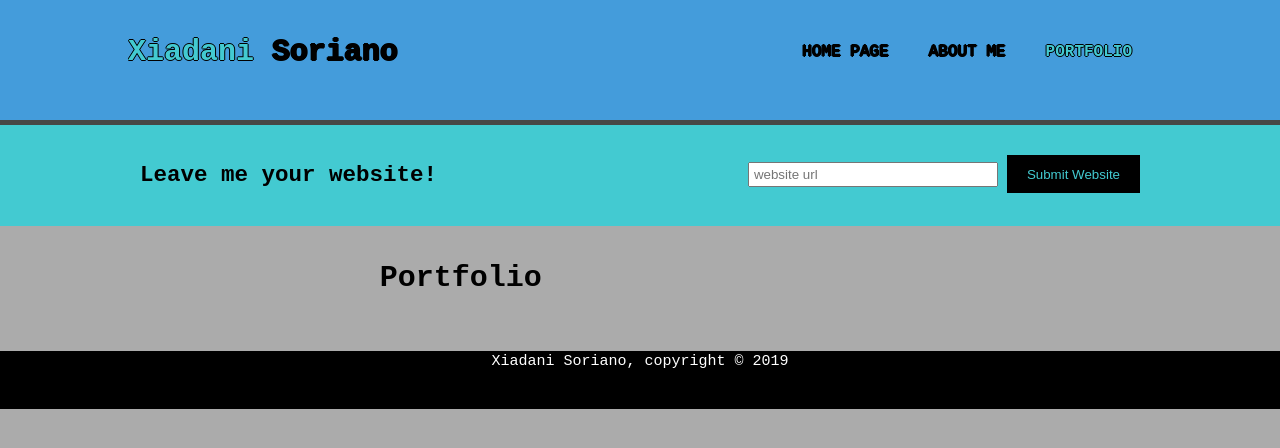
Repository: XiadaniSoriano/XiadaniSoriano2.github
Page: portfolio.html
The author's editor kept a record of every edit. The page is drawn from the files as they stood at one moment, then again after the next edit.
The browser window is 1280 px wide. The pictures show the whole page.

Above is the page before.

After the next edit:
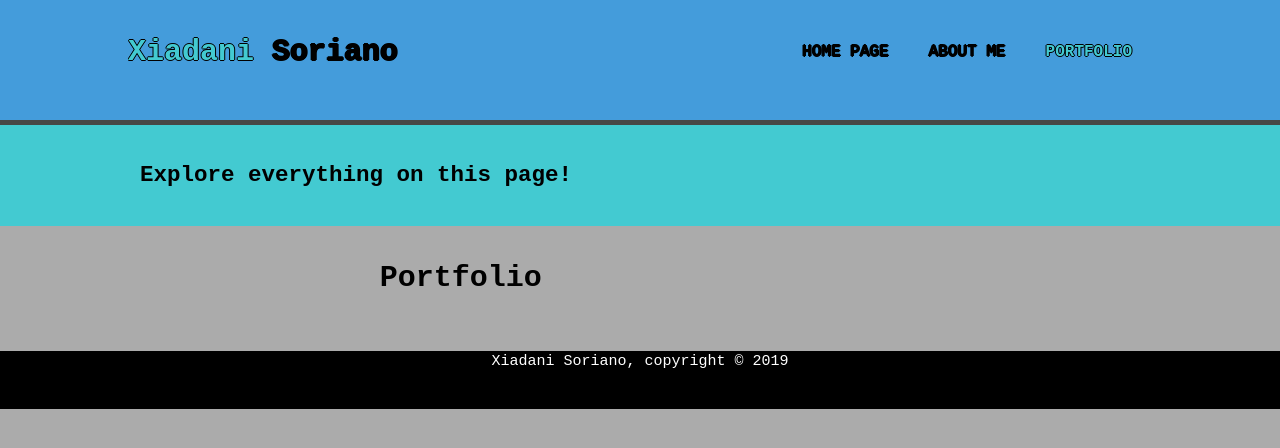
The edit:
--- a/portfolio.html
+++ b/portfolio.html
@@ -30,11 +30,7 @@
 
         <section id="newsletter">
             <div class="container">
-                <h1> Leave me your website! </h1>
-                <form>
-                    <input type="text" placeholder="website url">
-                    <button type="submit" class="button_1"> Submit Website </button>
-                </form>
+                <h1> Explore everything on this page! </h1>
             </div>
         </section>
 
